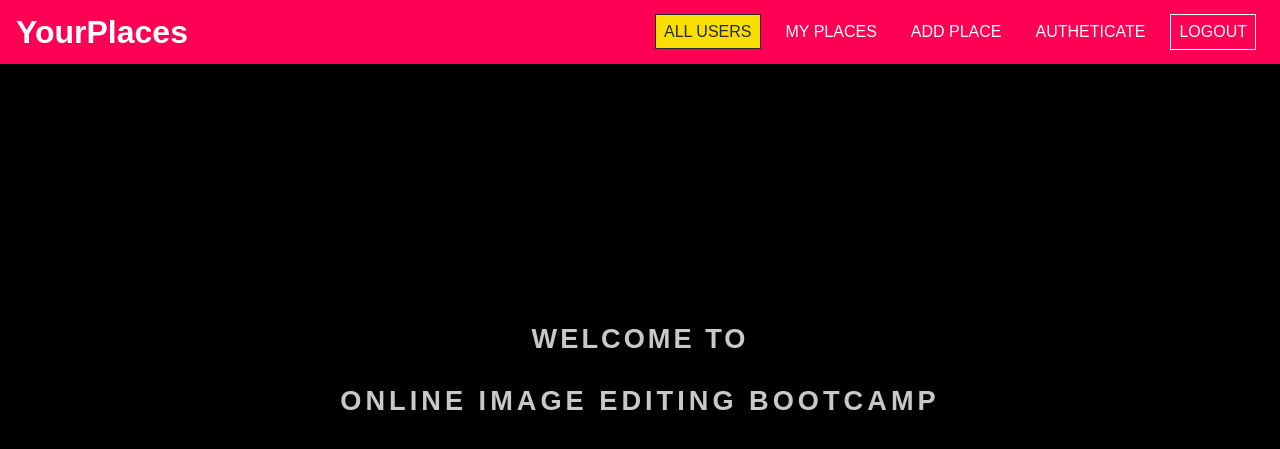
Repository: TanviSanyal/ImageEditingBootcamp
Page: /
These files come from the project's save history. The page is drawn as it stood at one moment and after the next save; the edit follows.
The browser window is 1280 px wide. The pictures show the whole page.
The project was rebuilt for these pictures with package versions that can differ from the ones it lists, and the page was loaded fresh each time. Also part of the build but not shown: src/shared/components/navigation/SideDrawer.css, src/shared/components/UIElements/Backdrop.css, src/shared/components/UIElements/Backdrop.js.

Above is the page before, as saved 2020-09-26 23:10:29.

### public/index.html
<!DOCTYPE html>
<html lang="en">
  <head>
    <meta charset="utf-8" />
    <link rel="icon" href="%PUBLIC_URL%/favicon.ico" />
    <meta name="viewport" content="width=device-width, initial-scale=1" />
    <meta name="theme-color" content="#000000" />
    <meta
      name="description"
      content="Web site created using create-react-app"
    />
    <link rel="apple-touch-icon" href="%PUBLIC_URL%/logo192.png" />
    <link rel="manifest" href="%PUBLIC_URL%/manifest.json" />
    <title>React App</title>
  </head>
  <body>
    <noscript>You need to enable JavaScript to run this app.</noscript>
    <div id="backdrop-hook"></div>
    <div id="modal-hook"></div>
    <div id="drawer-hook"></div>
    <div id="root"></div>
  </body>
</html>

### src/index.css
@import url('https://fonts.googleapis.com/css?family=Open+Sans:400,700&display=swap');

* {
  box-sizing: border-box;
}

html {
  font-family:Arial, Helvetica, sans-serif;
	font-weight:normal;
}

body {
  margin: 0;
  background: black;
}

### src/App.js
import React from 'react';
import {
  BrowserRouter as Router,
  Route,
  Redirect,
  Switch
} from 'react-router-dom';
import './App.css'
import MainNavigation from '../src/shared/components/navigation/MainNavigation';


const App = () => {

  // <Switch>
  //   <Route path="/" exact>
  //     {/* <Users /> */}
  //   </Route>
  //   <Route path="/:userId/places" exact>
  //     {/* <UserPlaces /> */}
  //   </Route>
  //   <Route path="/places/new" exact>
  //     {/* <NewPlace /> */}
  //   </Route>
  //   <Route path='/places/:placeId'>
  //     {/* <UpdatePlace /> */}
  //   </Route>
  //   <Redirect to="/" />
  // </Switch>

  return (
    <Router>
      <MainNavigation />
      <main className="main-body">
        <p className="text1">welcome to</p>
        <p className="text2"> Online Image Editing Bootcamp</p>
      </main>
    </Router>
  );
};

export default App;

### src/App.css

.main-body{
  text-align: center;
  padding-top: 30vh;
  padding-left: 3%;
  padding-right: 3%;
  text-transform: uppercase;
}

.text1{
  color:rgb(200,200,200);
  font-size: 170%;
  letter-spacing: 3PX;
  font-weight: 700;
}
.text2{
  color: rgb(200,200,200);
  font-size: 170%;
  letter-spacing: 4PX;
  line-height: 37PX;
  font-weight: 700;
}

### src/shared/components/navigation/MainNavigation.js
import React, { useState } from 'react';
import { Link } from 'react-router-dom';

import MainHeader from './MainHeader';
import NavLinks from './NavLinks';
import SideDrawer from './SideDrawer';
import Backdrop from '../UIElements/Backdrop';
import './MainNavigation.css';

const MainNavigation = props => {
  const [drawerIsOpen, setDrawerIsOpen] = useState(false);

  const openDrawerHandler = () => {
    setDrawerIsOpen(true);
  };

  const closeDrawerHandler = () => {
    setDrawerIsOpen(false);
  };

  return (
    <React.Fragment>
      {drawerIsOpen && <Backdrop onClick={closeDrawerHandler} />}
      <SideDrawer show={drawerIsOpen} onClick={closeDrawerHandler}>
        <nav className="main-navigation__drawer-nav">
          <NavLinks />
        </nav>
      </SideDrawer>

      <MainHeader>
        <button className="main-navigation__menu-btn" onClick={openDrawerHandler}>
          <span />
          <span />
          <span />
        </button>
        <h1 className="main-navigation__title">
          <Link to="/">YourPlaces</Link>
        </h1>
        <nav className="main-navigation__header-nav">
          <NavLinks />
        </nav>
      </MainHeader>
    </React.Fragment>
  );
};

export default MainNavigation;

### src/shared/components/navigation/MainHeader.js
import React from 'react';

import './MainHeader.css';

const MainHeader = props => {
  return <header className="main-header">{props.children}</header>;
};

export default MainHeader;

### src/shared/components/navigation/NavLinks.js
import React,{useContext} from 'react';
import './NavLinks.css';
import {NavLink} from 'react-router-dom';
// import {AuthContext} from '../../context/auth-context';

const NavLinks = props => {

    // const auth = useContext(AuthContext);
    return(
        <ul className="nav-links">
            <li>
                <NavLink to="/" exact>ALL USERS</NavLink>
            </li>
           <li>
                <NavLink to="/u1/places">MY PLACES</NavLink>
            </li>
           <li>
                <NavLink to="/places/new">ADD PLACE</NavLink>
            </li>
            <li>
                <NavLink to="/auth">AUTHETICATE</NavLink>
            </li>
             <li><button >LOGOUT</button></li>
        </ul>
    );
};

export default NavLinks;

### src/shared/components/navigation/MainNavigation.css
.main-navigation__menu-btn {
    width: 3rem;
    height: 3rem;
    background: transparent;
    border: none;
    display: flex;
    flex-direction: column;
    justify-content: space-around;
    margin-right: 2rem;
    cursor: pointer;
  }

  .main-navigation__menu-btn span {
    display: block;
    width: 3rem;
    height: 2.5px;
    background: white;
  }

  .main-navigation__title {
    color: white;
  }

  .main-navigation__title a {
    text-decoration: none;
    color: white;
  }

  .main-navigation__header-nav {
    display: none;
  }

  .main-navigation__drawer-nav {
    height: 100%;
  }

  @media (min-width: 768px) {
    .main-navigation__menu-btn {
      display: none;
    }

    .main-navigation__header-nav {
      display: block;
    }
  }

### src/shared/components/navigation/NavLinks.css
.nav-links {
    list-style: none;
    margin: 0;
    padding: 0;
    width: 100%;
    height: 100%;
    display: flex;
    flex-direction: column;
    justify-content: center;
    align-items: center;
  }

  .nav-links li {
    margin: 1rem;
  }

  .nav-links a {
    border: 1px solid transparent;
    color: #292929;
    text-decoration: none;
    padding: 0.5rem;
  }

  .nav-links a:hover,
  .nav-links a:active,
  .nav-links a.active {
    background: #f8df00;
    border-color: #292929;
    color: #292929;
  }

  .nav-links button {
    cursor: pointer;
    border: 1px solid #292929;
    color: #292929;
    background: transparent;
    padding: 0.5rem;
    font: inherit;
  }

  .nav-links button:focus {
    outline: none;
  }

  .nav-links button:hover,
  .nav-links button:active {
    background: #292929;
    color: white;
  }

  @media (min-width: 768px) {
    .nav-links {
      flex-direction: row;
    }

    .nav-links li {
      margin: 0 0.5rem;
    }

    .nav-links a {
      color: white;
      text-decoration: none;
    }

    .nav-links button {
      border: 1px solid white;
      color: white;
      background: transparent;
    }

    .nav-links button:hover,
    .nav-links button:active {
      background: #f8df00;
      color: #292929;
    }
  }

Loaded but not shown: src/index.js (common file); src/shared/components/navigation/SideDrawer.js (common file); src/shared/components/navigation/MainHeader.css (common file)

After the next save:
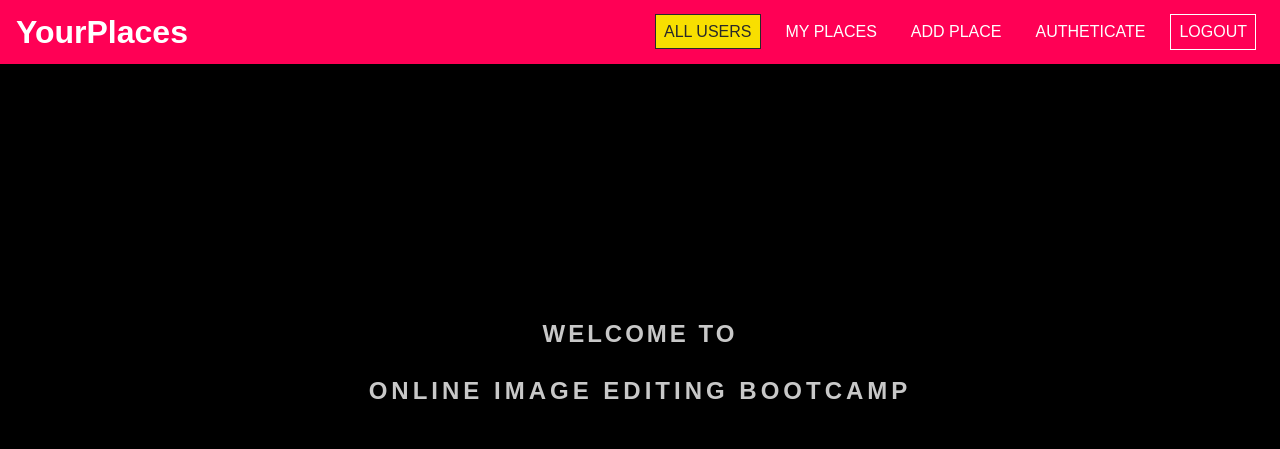
Saved 13 s later.
--- a/src/App.css
+++ b/src/App.css
@@ -9,13 +9,13 @@
 
 .text1{
   color:rgb(200,200,200);
-  font-size: 170%;
+  font-size: 150%;
   letter-spacing: 3PX;
   font-weight: 700;
 }
 .text2{
   color: rgb(200,200,200);
-  font-size: 170%;
+  font-size: 150%;
   letter-spacing: 4PX;
   line-height: 37PX;
   font-weight: 700;
